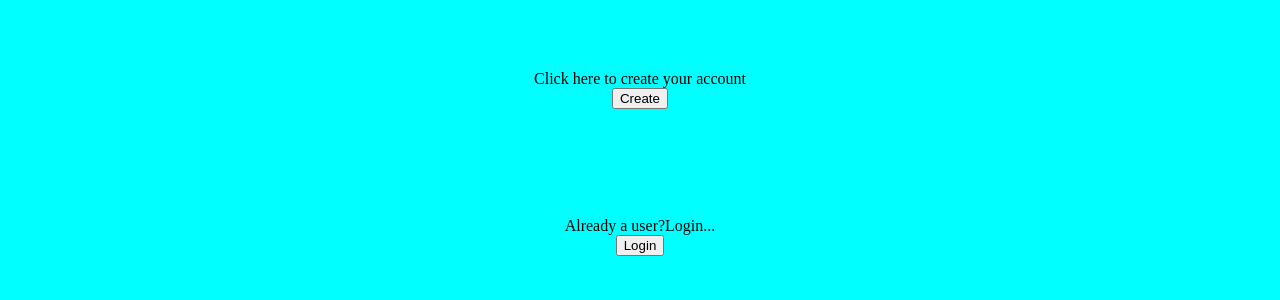
Repository: rosikraj/TurbifyTraining
Page: Wallet/WebContent/button.html
The author's editor kept a copy of each file at every save. The page is drawn from the files as they stood at one save, then again after the next save.
The browser window is 1280 px wide. The pictures show the whole page.

Above is the page before, as saved 2023-09-24 05:48:21.

After the next save:
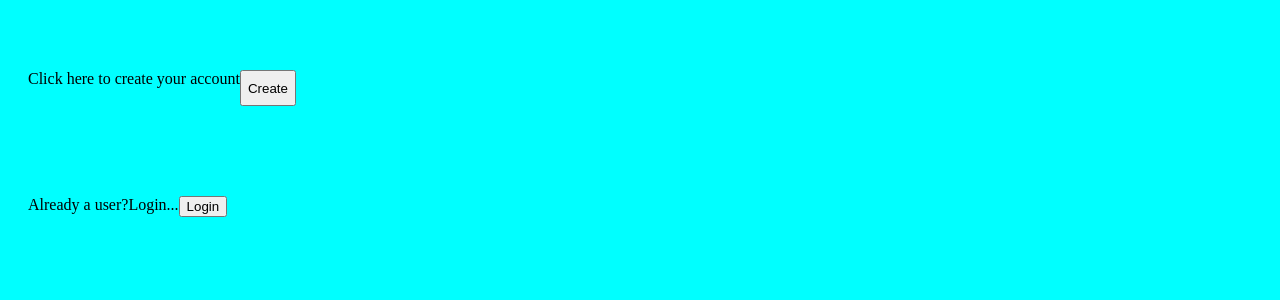
Saved 16 s later.
--- a/Wallet/WebContent/button.html
+++ b/Wallet/WebContent/button.html
@@ -11,7 +11,7 @@
     </script>
 <style>
     	form{
-
+    		display:flex;
     		margin-top:50px;
     		padding:20px;
     	}
